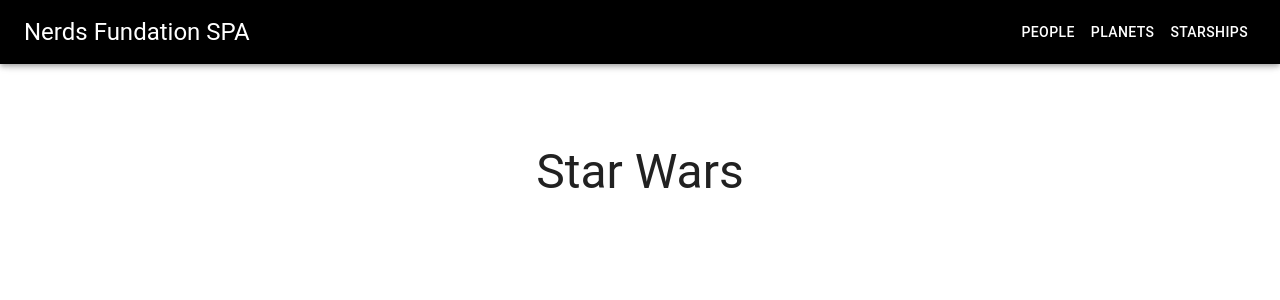
Repository: marianozamora/lisit-challenge
Page: /
An editor plug-in stored every save of this project. The page is shown before and after the next save, followed by the edit.
The browser window is 1280 px wide. The pictures show the whole page.
The page's requests for data from a server got no answer. The project was rebuilt for these pictures with package versions that can differ from the ones it lists, and the page was loaded fresh each time. Some packages were replaced by stand-ins written for this rebuild. No one was signed in, and anything a server would have sent is missing. Also part of the build but not shown: vite.config.ts, src/components/Pagination.tsx, src/components/Planets.tsx, src/components/Starship.tsx, src/components/DetailPeople.tsx, src/components/DetailPlanet.tsx, src/components/DetailStarship.tsx, src/components/ErrorPage.tsx.

Above is the page before, as saved 2023-05-11 01:19:32.

### src/main.tsx
import React from 'react'
import ReactDOM from 'react-dom/client'
import App from './App.tsx'
import './index.css'
import { QueryClientProvider } from '@tanstack/react-query';
import queryClient from './queryClient';
import { ReactQueryDevtools } from '@tanstack/react-query-devtools';
import { Route, createBrowserRouter, createRoutesFromElements, RouterProvider } from 'react-router-dom';
import Header from './components/Header';
import People from './components/People';
import Planets from './components/Planets';
import Starships from './components/Starship';
import DetailPeople from './components/DetailPeople';
import DetailPlanet from './components/DetailPlanet';
import DetailStarship from './components/DetailStarship';
import ErrorPage from './components/ErrorPage.tsx';
import { Layout } from './components/Layout';


const router = createBrowserRouter(
  createRoutesFromElements(
    <Route path="/"
      errorElement={<ErrorPage />}
      element={<Layout />} >
      <Route index  element={<App />} />
      <Route path="planets" element={<Planets />} />
      <Route path="starships" element={<Starships />} />
      <Route path="people/:peopleId" element={<DetailPeople />} />
      <Route path="planet/:planetId" element={<DetailPlanet />} />
      <Route path="starships/:starshipId" element={<DetailStarship />} />

    </Route>
  )
)

ReactDOM.createRoot(document.getElementById('root') as HTMLElement).render(
  <React.StrictMode>
    <QueryClientProvider client={queryClient}>
      <RouterProvider router={router} />
      <ReactQueryDevtools initialIsOpen></ReactQueryDevtools>
    </QueryClientProvider>
  </React.StrictMode>,
)

### src/App.tsx
import { useFetchPeople } from './hooks/useSwapi'
import './App.css'
import { People } from './hooks/types'
import Pagination from '../src/components/Pagination'
import React from 'react'
import { Box, Typography } from '@mui/material';
import Header from './components/Header';
function App() {
  const [currentPage, setCurrentPage] = React.useState(1)
  const { data, isLoading, isError } = useFetchPeople({ page: currentPage})
  //if (isLoading) return <div>Loading...</div>

  // if (data && data.count === null) {
  //   return null; // or display a different message or loading state
  // }


  return (
    <>
      <Box sx={{ display: 'flex', justifyContent: 'center', alignItems: 'center' }}>
        <Typography variant="h3" component="div" gutterBottom>
          Star Wars
        </Typography>
      </Box>
    <Box>
      {data?.results.map((person: People) => (
        <div key={person.name}>{person.name}</div>
      ))}
      {/* <button onClick={
        () => {
          setCurrentPage(currentPage + 1)
        }
      } >
        Next
      </button> */}

      {
        data && data.count > 0 && <Pagination
        onPageChange={(event, value) => {
          setCurrentPage(value)
        }}
        count={data?.count}
        elementsPerPage={10}
        currentPage={currentPage}
      />

      }

      </Box>
    </>

  )
}

export default App

### src/index.css
@tailwind base;
@tailwind components;
@tailwind utilities;
/*
:root {
  font-family: Inter, system-ui, Avenir, Helvetica, Arial, sans-serif;
  line-height: 1.5;
  font-weight: 400;

  color-scheme: light dark;
  color: rgba(255, 255, 255, 0.87);
  background-color: #242424;

  font-synthesis: none;
  text-rendering: optimizeLegibility;
  -webkit-font-smoothing: antialiased;
  -moz-osx-font-smoothing: grayscale;
  -webkit-text-size-adjust: 100%;
}

a {
  font-weight: 500;
  color: #646cff;
  text-decoration: inherit;
}
a:hover {
  color: #535bf2;
}

body {
  margin: 0;
  display: flex;
  place-items: center;
  min-width: 320px;
  min-height: 100vh;
}

h1 {
  font-size: 3.2em;
  line-height: 1.1;
}

button {
  border-radius: 8px;
  border: 1px solid transparent;
  padding: 0.6em 1.2em;
  font-size: 1em;
  font-weight: 500;
  font-family: inherit;
  background-color: #1a1a1a;
  cursor: pointer;
  transition: border-color 0.25s;
}
button:hover {
  border-color: #646cff;
}
button:focus,
button:focus-visible {
  outline: 4px auto -webkit-focus-ring-color;
}

@media (prefers-color-scheme: light) {
  :root {
    color: #213547;
    background-color: #ffffff;
  }
  a:hover {
    color: #747bff;
  }
  button {
    background-color: #f9f9f9;
  }
} */

### src/queryClient.ts
import { QueryClient } from '@tanstack/react-query';

const queryClient = new QueryClient();

export default queryClient;

### src/components/Layout.tsx
import { Outlet } from 'react-router-dom';
import Header from './Header';
// import Container from '../04-layouts/Container';

export const Layout = ({ children }: any) => {
    return (
        <div>
        <Header />
        <div>
                <Outlet />
                {children}
        </div>
        {/* <Footer /> */}
        </div>
    )
}

### src/hooks/useSwapi.ts
import api from '../api/swapi';
import { useQuery } from '@tanstack/react-query';

export async function fetchPeople({page=1}) {
    const { data } = await api.get(`people/?page=${page}`);
    return data;
}

export function useFetchPeople({ page = 1 } = {}) {
    return useQuery({
        queryKey: ['people', { page }],
        queryFn: () => fetchPeople({ page }),
    })

}

async function fetchPerson(id) {
    const { data } = await api.get(`people/${id}`);
    return data;
}

### src/components/Header.tsx
import * as React from 'react';
import { AppBar, Toolbar, IconButton, Typography, Box, CssBaseline} from '@mui/material';
import { Drawer, List, ListItem, ListItemButton, ListItemText, Divider, Button } from '@mui/material';
import MenuIcon from '@mui/icons-material/Menu';
import { Link } from 'react-router-dom';
import { useNavigate } from "react-router-dom";

interface Props {
    /**
     * Injected by the documentation to work in an iframe.
     * You won't need it on your project.
     */
    window?: () => Window;
}


const drawerWidth = 240;
const navItems = ['People', 'Planets', 'Starships'];

export default function Header(props: Props) {
    const navigate = useNavigate();
    const { window } = props;
    const [mobileOpen, setMobileOpen] = React.useState(false);

    const handleDrawerToggle = () => {
        setMobileOpen((prevState) => !prevState);
    };

    const drawer = (
        <Box onClick={handleDrawerToggle} sx={{ textAlign: 'center' }}>
        <Typography variant="h6" sx={{ my: 2 }}>
            MUI
        </Typography>
        <Divider />
        <List>
                {navItems.map((item) => (
                    <Link to={`/${item.toLowerCase()}`} key={item}>
                        <ListItem  disablePadding>
                        <ListItemButton sx={{ textAlign: 'center' }}>
                        <ListItemText primary={item} />
                        </ListItemButton>
                        </ListItem>
                    </Link>
            ))}
        </List>
        </Box>
    );

    const container = window !== undefined ? () => window().document.body : undefined;

    return (
            <Box sx={{ display: 'flex' }}>
            <CssBaseline />
            <AppBar component="nav">
            <Toolbar className="bg-black flex justify-between">
                <IconButton
                color="inherit"
                aria-label="open drawer"
                edge="start"
                onClick={handleDrawerToggle}
                sx={{ mr: 2, display: { sm: 'none' } }}
                >
                <MenuIcon />
                </IconButton>
                <Typography
                variant="h5"
                component="div"
                className="text-white "
                sx={{ display: { xs: 'none', sm: 'block' } }}
                >
                Nerds Fundation SPA
                </Typography>
                <Box sx={{ display: { xs: 'none', sm: 'block' } }}>
                {navItems.map((item) => (
                    <Button
                        onClick={() => {
                            navigate(`/${item.toLowerCase()}`);
                        } }
                        key={item} sx={{ color: '#fff' }}>
                    {item}
                    </Button>
                ))}
                </Box>
            </Toolbar>
            </AppBar>
            <Box component="nav">
                <Drawer
                container={container}
                variant="temporary"
                open={mobileOpen}
                onClose={handleDrawerToggle}
                ModalProps={{
                keepMounted: true, // Better open performance on mobile.
                }}
                sx={{
                display: { xs: 'block', sm: 'none' },
                '& .MuiDrawer-paper': { boxSizing: 'border-box', width: drawerWidth },
                }}
            >
                {drawer}
            </Drawer>
            </Box>
            <Box component="main" sx={{ p: 3 }}>
            <Toolbar />
            </Box>
        </Box>
    )
}

### src/api/swapi.ts
import axios from 'axios';

const api = axios.create({
    baseURL: 'https://swapi.dev/api/',
});

export default api;

Loaded but not shown: index.html (common file); src/App.css (common file); tailwind.config.js (common file)

After the next save:
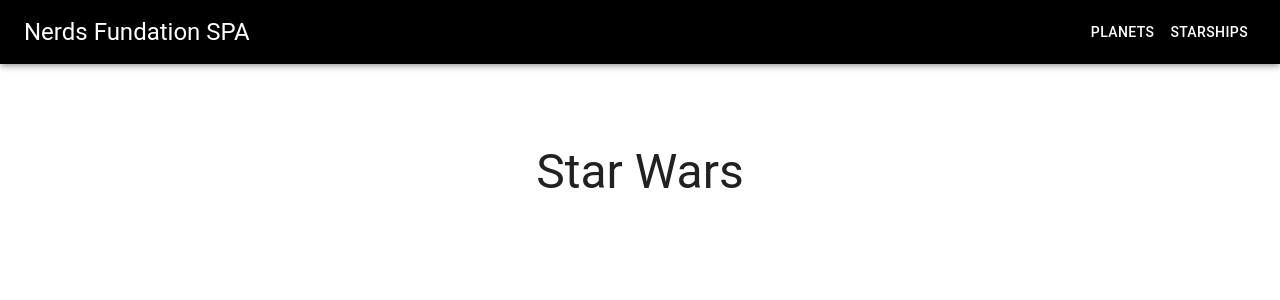
Saved 8 s later.
--- a/src/components/Header.tsx
+++ b/src/components/Header.tsx
@@ -15,7 +15,7 @@
 
 
 const drawerWidth = 240;
-const navItems = ['People', 'Planets', 'Starships'];
+const navItems = ['', 'Planets', 'Starships'];
 
 export default function Header(props: Props) {
     const navigate = useNavigate();

After the save that followed:
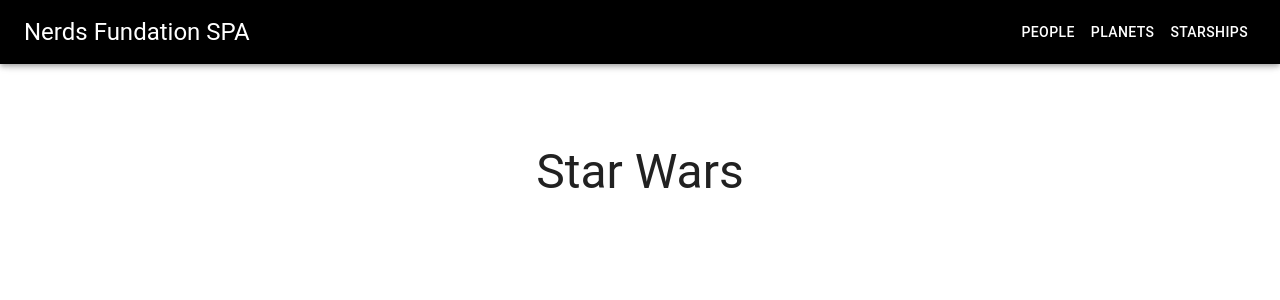
Saved 42 s later.
--- a/src/components/Header.tsx
+++ b/src/components/Header.tsx
@@ -15,7 +15,7 @@
 
 
 const drawerWidth = 240;
-const navItems = ['', 'Planets', 'Starships'];
+const navItems = ['people', 'Planets', 'Starships'];
 
 export default function Header(props: Props) {
     const navigate = useNavigate();
